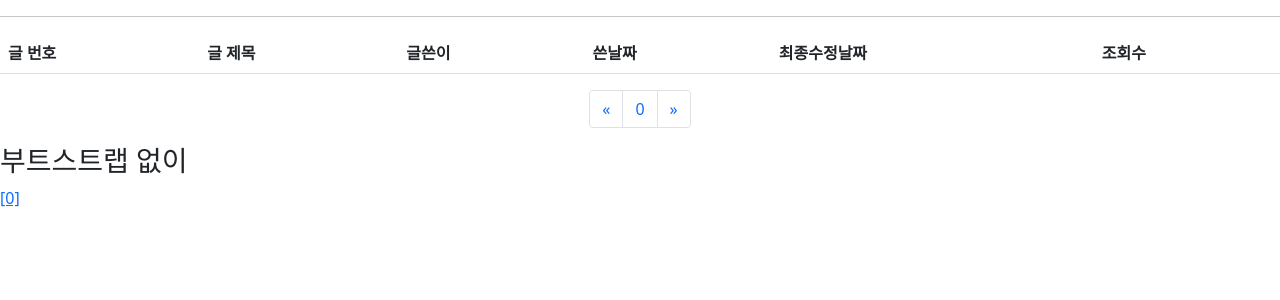
Repository: hayatoKH/java-basic2
Page: http://localhost/MyFirstWeb/boardList
An editor plug-in stored every save of this project. The page is shown before and after the next save, followed by the edit.
The browser window is 1280 px wide. The pictures show the whole page.
The page is served by Tomcat 9. Other server files are loaded and not shown. Queries for data that is not in the repository find no rows.

Above is the page before, as saved 2022-03-22 01:25:52.

### MyFirstWeb/src/main/webapp/board/boardlist.jsp
<%@ page language="java" contentType="text/html; charset=UTF-8"
    pageEncoding="UTF-8"%>
<%@ taglib uri="http://java.sun.com/jsp/jstl/core" prefix="c" %>


<!DOCTYPE html>
<html>
<head>
<link href="https://cdn.jsdelivr.net/npm/bootstrap@5.1.3/dist/css/bootstrap.min.css" rel="stylesheet" integrity="sha384-1BmE4kWBq78iYhFldvKuhfTAU6auU8tT94WrHftjDbrCEXSU1oBoqyl2QvZ6jIW3" crossorigin="anonymous">
<meta charset="UTF-8">
<title>Insert title here</title>
</head>
<body>
	<hr>
	<!-- 출력방법 : 인덱싱이나 c:forEach를 이용해서 하나하나 꺼내준 다음
	.변수명을 적으면 출력됩니다. -->
	<table class="table table-hover">
		<tr>
			<th>글 번호</th>
			<th>글 제목</th>
			<th>글쓴이</th>
			<th>쓴날짜</th>
			<th>최종수정날짜</th>
			<th>조회수</th>
		</tr>
		<c:forEach var="board" items="${boardList }">
			<tr>
				<td>${board.board_num}</td>
				<td><a href="http://localhost:8181/MyFirstWeb/boardDetail.do?board_num=${board.board_num }">${board.title}</a></td>
				<td>${board.writer}</td>
				<td>${board.bDate}</td>
				<td>${board.mDate}</td>
				<td>${board.hit}</td>
			</tr>
		</c:forEach>
	</table>

	<c:if test="${not empty sId}">
	<a href="http://localhost:8181/MyFirstWeb/insertForm.do"><button>글쓰기</button></a>
	</c:if>
	<c:if test="${sId ne null}">
	<a href="http://localhost:8181/MyFirstWeb/insertForm.do"><button>글쓰기</button></a>
	</c:if>

		${dto }
		<!-- document의 pagination 파트를 보고 1부터 10까지 나열해보세요. -->
	<nav aria-label="Page navigation example">
	  <ul class="pagination justify-content-center">
	  <c:if test="${dto.startPage ne 1}">
	    <li class="page-item"><a class="page-link" href="#" aria-label="Previous"><span aria-hidden="true">&laquo;</span></a></li>
	  </c:if>
		    <c:forEach var="pageIndex" begin="${dto.startPage }" end="${dto.endPage }">
		 	   <li class="page-item"><a class="page-link" href="http://localhost:8181/MyFirstWeb/boardList.do?pageNum=${pageIndex }">${pageIndex }</a></li>
			</c:forEach>
	    <li class="page-item"><a class="page-link" href="#" aria-label="Next"><span aria-hidden="true">&raquo;</span></a></li>
	  </ul>
	</nav>

	<h3>부트스트랩 없이</h3>
	<c:forEach var="pageIndex" begin="${dto.startPage }" end="${dto.endPage }">
		 	  <a href="http://localhost:8181/MyFirstWeb/boardList.do?pageNum=${pageIndex }">[${pageIndex }]</a>
	</c:forEach>

</body>
</html>

### MyFirstWeb/src/main/java/kr/co/ict/servlet/BoardListServlet.java
package kr.co.ict.servlet;

import java.io.IOException;
import java.util.List;

import javax.servlet.RequestDispatcher;
import javax.servlet.ServletException;
import javax.servlet.annotation.WebServlet;
import javax.servlet.http.HttpServlet;
import javax.servlet.http.HttpServletRequest;
import javax.servlet.http.HttpServletResponse;

import kr.co.ict.boardDAO;
import kr.co.ict.boardVO;

/**
 * Servlet implementation class BoardListServlet
 */
@WebServlet("/boardList")
public class BoardListServlet extends HttpServlet {
	private static final long serialVersionUID = 1L;

    /**
     * @see HttpServlet#HttpServlet()
     */
    public BoardListServlet() {
        super();
        // TODO Auto-generated constructor stub
    }

	/**
	 * @see HttpServlet#doGet(HttpServletRequest request, HttpServletResponse response)
	 */
	protected void doGet(HttpServletRequest request, HttpServletResponse response) throws ServletException, IOException {
		String strpNum = request.getParameter("pageNum");
		int pNum = 0;
		try {
			pNum = Integer.parseInt(strpNum);
		} catch(Exception e) {
			pNum =1;
		}


		// 1. 접속시 boardDAO생성
		boardDAO dao = boardDAO.getInstance();
		// 2. boardDAO의 getAllBoardList() 호출해 전체 게시물 목록 받아오기
		List<boardVO> boardList = dao.getAllBoardList(pNum);
		// 3. request.setAttribute로 바인딩하기
		request.setAttribute("boardList", boardList);
		// 4. /board/boardlist.jsp로 포워딩하기
		RequestDispatcher dp = request.getRequestDispatcher("/board/boardlist.jsp");
		dp.forward(request, response);
	}

	/**
	 * @see HttpServlet#doPost(HttpServletRequest request, HttpServletResponse response)
	 */
	protected void doPost(HttpServletRequest request, HttpServletResponse response) throws ServletException, IOException {
		// TODO Auto-generated method stub
		doGet(request, response);
	}

}

### MyFirstWeb/src/main/java/kr/co/ict/boardDAO.java
package kr.co.ict;

import java.sql.Connection;
import java.sql.Date;
import java.sql.PreparedStatement;
import java.sql.ResultSet;
import java.sql.SQLException;
import java.util.ArrayList;
import java.util.List;

import javax.naming.Context;
import javax.naming.InitialContext;
import javax.sql.DataSource;

public class boardDAO {

	// DAO 코드 재활용하기
	// 1.UserDAO에서 주석처리가 안된 부분만
	// getInstance() 메서드까지 가져옴

	// 2. ~~~DAO로 되어있는 부분을 전부 현재 DAO클래스명으로 변경
	// 예) UserDAO -> BoardDAO로 전환중이므로 UserDAO라고 적힌 부분을 전부 BoardDAO로 변경
	private DataSource ds = null;

	private static boardDAO dao = new boardDAO();

	private boardDAO() {
		try {
			Context ct = new InitialContext();
			ds = (DataSource)ct.lookup("java:comp/env/jdbc/mysql");
		} catch (Exception e) {
			e.printStackTrace();
		}
	}

	public static boardDAO getInstance() {
		if(dao == null) {
			dao = new boardDAO();
		}
		return dao;
	}

	// 3. 필요로 하는 로직과 유사한 메서드를 복사해옵니다.
	// 게시판 글 전체 목록가져오기 -> 회원 전체 목록 가져오기를 이용해 수정
	// 회원 전체 목록을 가져오는 getAllUserList를 수정해 getAllBoardList()를 생성해보겠습니다.

	// UserVO는 userInfo테이블에 맞춰서 생성된 것이므로
	// boardTbl에 맞춰서 처리하기 위해 UserVO를 사용하는 부분을 전부 BoardVO로 수정해줍니다.

	// 3-2. 쿼리문을 boardTbl 테이블에서 데이터를 가져오도록 수정합니다.

	// 3-3. while문 내부에서 BoardVO 세팅이 가능하도록 rs에서 데이터를 가져오는 부분을 수정합니다.


	// 페이징 처리를 위해 페이지 번호를 추가로 입력받습니다. (int pageNum)
	public List<boardVO> getAllBoardList(int pageNum){
		// try블럭 진입전 Connection, PreparedStatement, ResultSet을 선언
		Connection con = null;
		PreparedStatement pstmt = null;
		ResultSet rs = null;
		// 페이징 처리시 페이지당 글 갯수
		final int board_Count = 10;
		// try블럭 진입 전에 ArrayList 선언
		List<boardVO> boardList = new ArrayList<>();
		try {
		// Connection, PreparedStatement, ResultSet을 선언합니다.
			con = ds.getConnection();
			int limitNum = (pageNum-1) * board_Count;

		// SELECT * FROM userinfo 실행 및 ResultSet에 저장
		// LIMIT 뒤쪽 숫자가 페이지 당 보여줄 글 개수이므로 DTO의 상수와 함께 고쳐야함.
		 String sql = "SELECT * FROM boardtbl ORDER BY board_num DESC limit ?, ?";
		 pstmt = con.prepareStatement(sql);
		 pstmt.setInt(1, limitNum);
		 pstmt.setInt(2, board_Count);

		 rs = pstmt.executeQuery();

		// boardVO ArrayList에 rs에 든 모든 자료를 저장해주세요.
		 while(rs.next()) {
			 // 7개 컬럼 값을 받아서 변수로 저장받으시고
			 int board_num = rs.getInt("board_num");
			 String title = rs.getString("title");
			 String content = rs.getString("content");
			 String writer = rs.getString("writer");
			 Date bDate = rs.getDate("bdate");
			 Date mDate = rs.getDate("mdate");
			 int hit = rs.getInt("hit");
			 ///int board_num, String title, String content, String writer, Date bDate, Date mDate, int hit
			 // 해당 변수를 이용해 BoardVO를 생성해주시면 됩니다.
			 boardVO boardData = new boardVO(board_num, title, content, writer, bDate, mDate, hit);
			 boardList.add(boardData);
		 }
		} catch(Exception e) {
			e.printStackTrace();
		} finally {
			try {
				con.close();
				pstmt.close();
				rs.close();
			} catch(SQLException es) {
				es.printStackTrace();
			}
		}
		return boardList;
	}

	// insertBoard 내부 쿼리문 실행시 필요한 3개 요소인 글제목, 본문, 글쓴이를 입력해야하만 실행할 수 있게 설계합니다.
	public void insertBoard(String title, String content, String writer) {
		Connection con = null;
		PreparedStatement pstmt = null;

		try {
			con = ds.getConnection();

			// INSERT의 경우 두 가지 유형이 있음
			// 전체 컬럼 요소 다 넣기 - INSERT INTO boardTbl VALUES (null, ?, ?, ?, now(), now(), 0);
			// 일부요소만 넣기 - INSERT INTO boardTbl(title, content, writer) Values (?,?,?);
			String sql = "INSERT INTO boardTbl(title, content, writer) Values (?,?,?)";
			pstmt = con.prepareStatement(sql);
			// 실행 전 상단 쿼리문 ? 채워넣기
			pstmt.setString(1, title);
			pstmt.setString(2, content);
			pstmt.setString(3, writer);

			pstmt.executeUpdate();
		} catch(Exception e) {
			e.printStackTrace();
		} finally {
			try {
				con.close();
				pstmt.close();
			} catch(Exception e) {
				e.printStackTrace();
			}
		}
	}

	public boardVO getBoardDetail(int board_num) {
		// DB연동구문을 작성해보세요.
		// try구문 초입에 ds부분까지만 하셔도 되는데 만약 다 작성 가능하다면 다 작성해보세요.
		Connection con = null;
		PreparedStatement pstmt = null;
		ResultSet rs = null;
		boardVO board = null;
		upHit(board_num); // 조회수 올리는 로직을 실행한 다음 글정보 불러오게 처리

		try {
			con = ds.getConnection();

			String sql = "SELECT * FROM boardTbl WHERE board_num = ?";
			pstmt = con.prepareStatement(sql);
			pstmt.setInt(1, board_num);

			rs = pstmt.executeQuery();

			if(rs.next()){
				int boardNum = rs.getInt("board_num");
				String title = rs.getString("title");
				String content = rs.getString("content");
				String writer = rs.getString("writer");
				Date bDate = rs.getDate("bdate");
				Date mDate = rs.getDate("mdate");
				int hit = rs.getInt("hit");

				board = new boardVO(boardNum, title, content, writer, bDate, mDate, hit);

			}
			} catch(Exception e) {
				e.printStackTrace();
			} finally {
				try {
					con.close();
					pstmt.close();
					rs.close();
				} catch(Exception e) {
					e.printStackTrace();
				}
			}
			return board;
	}

	// 조회수올리기 없는 디테일
	public boardVO getBoardDetail2(int board_num) {
		// DB연동구문을 작성해보세요.
		// try구문 초입에 ds부분까지만 하셔도 되는데 만약 다 작성 가능하다면 다 작성해보세요.
		Connection con = null;
		PreparedStatement pstmt = null;
		ResultSet rs = null;
		boardVO board = null;

		try {
			con = ds.getConnection();

			String sql = "SELECT * FROM boardTbl WHERE board_num = ?";
			pstmt = con.prepareStatement(sql);
			pstmt.setInt(1, board_num);

			rs = pstmt.executeQuery();

			if(rs.next()){
				int boardNum = rs.getInt("board_num");
				String title = rs.getString("title");
				String content = rs.getString("content");
				String writer = rs.getString("writer");
				Date bDate = rs.getDate("bdate");
				Date mDate = rs.getDate("mdate");
				int hit = rs.getInt("hit");

				board = new boardVO(boardNum, title, content, writer, bDate, mDate, hit);

			}
			} catch(Exception e) {
				e.printStackTrace();
			} finally {
				try {
					con.close();
					pstmt.close();
					rs.close();
				} catch(Exception e) {
					e.printStackTrace();
				}
			}
			return board;
	}
	// deleteBoard 메서드를 만들어서 삭제처리가 되게 만들어주시고
	// 서블릿에서 해당 메서드를 호출해 실제로 삭제버튼을 누르면 DB에서 해당번호글이 삭제되게 해주세요.
	public void deleteBoard(int boardNum) {
		Connection con = null;
		PreparedStatement pstmt = null;

		try {
			con = ds.getConnection();

			String sql = "DELETE FROM boardTbl WHERE board_num = ?";
			pstmt = con.prepareStatement(sql);

			pstmt.setInt(1, boardNum);

			pstmt.executeUpdate();
		} catch(Exception e) {
			e.printStackTrace();
		} finally {
			try {
				con.close();
				pstmt.close();
			} catch(Exception e) {
				e.printStackTrace();
			}
		}
	}

	public void updateBoard(String title, String content, int boardNum) {
		Connection con = null;
		PreparedStatement pstmt = null;

		try {
			con = ds.getConnection();

			String sql = "UPDATE boardTbl SET title=?, content=?, mdate=now() WHERE board_num=?";
			pstmt = con.prepareStatement(sql);

			pstmt.setString(1, title);
			pstmt.setString(2, content);
			pstmt.setInt(3, boardNum);

			pstmt.executeUpdate();
		} catch(Exception e) {
			e.printStackTrace();
		} finally {
			try {
				con.close();
				pstmt.close();
			} catch(Exception e) {
				e.printStackTrace();
			}
		}
	}

	// 서비스가 아닌 getBoardDetail 실행시 자동으로 같이 실행되도록 처리하겠습니다.
	// 글 제목을 클릭할때마다 조회수를 상승시키는 메서드
	private void upHit(int bId) {
		// update문에 맞는 접속로직을 작성해주세요.(try~catch, connection, psmt 생성 등까지만 해주세요.)
		Connection con = null;
		PreparedStatement pstmt = null;

		try {
			con = ds.getConnection();

			String sql = "UPDATE boardTbl SET hit = (hit + 1) WHERE board_num = ?";
			pstmt = con.prepareStatement(sql);

			pstmt.setInt(1, bId);

			pstmt.executeUpdate();
		} catch(Exception e) {
			e.printStackTrace();
		} finally {
			try {
				con.close();
				pstmt.close();
			} catch(Exception e) {
				e.printStackTrace();
			}
		}
	}


	// 페이징 처리를 위해 글 전체 개수를 구해오겠습니다.
	// 하단의 public int getPageNum() 을 작성해주세요.
	// 쿼리문은 SELECT COUNT(*) FROM boardTbl;
	public int getPageNum() {
		Connection con = null;
		PreparedStatement pstmt = null;
		ResultSet rs = null;
		int pageNum = 0;

		try {
			con = ds.getConnection();

			String sql = "SELECT COUNT(*) FROM boardTbl";
			pstmt = con.prepareStatement(sql);

			rs = pstmt.executeQuery();

			if(rs.next()){
				pageNum = rs.getInt(1);
				}
			} catch(Exception e) {
				e.printStackTrace();
			} finally {
				try {
					con.close();
					pstmt.close();
					rs.close();
				} catch(Exception e) {
					e.printStackTrace();
				}
			}
			return pageNum;
		}
}

After the next save:
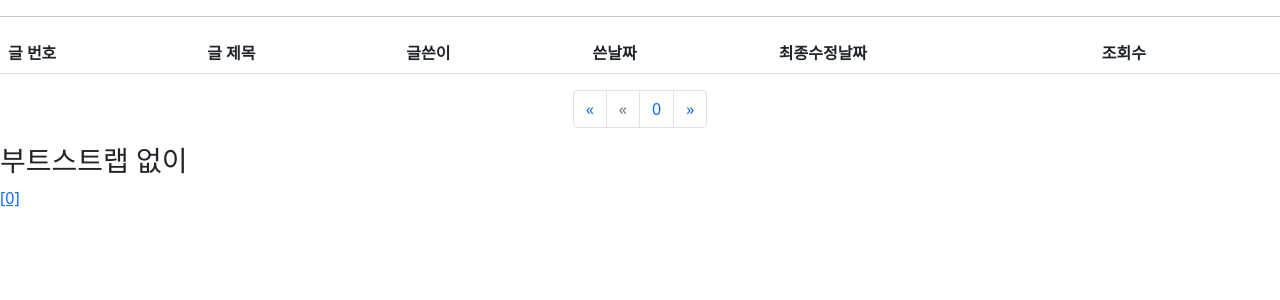
Saved 2 min 50 s later.
--- a/MyFirstWeb/src/main/webapp/board/boardlist.jsp
+++ b/MyFirstWeb/src/main/webapp/board/boardlist.jsp
@@ -49,6 +49,9 @@
 	  <c:if test="${dto.startPage ne 1}">
 	    <li class="page-item"><a class="page-link" href="#" aria-label="Previous"><span aria-hidden="true">&laquo;</span></a></li>
 	  </c:if>
+	  <c:if test="${dto.startPage ne 1}">
+	    <li class="page-item disabled"><a class="page-link" href="#" aria-label="Previous"><span aria-hidden="true">&laquo;</span></a></li>
+	  </c:if>
 		    <c:forEach var="pageIndex" begin="${dto.startPage }" end="${dto.endPage }">
 		 	   <li class="page-item"><a class="page-link" href="http://localhost:8181/MyFirstWeb/boardList.do?pageNum=${pageIndex }">${pageIndex }</a></li>
 			</c:forEach>

After the save that followed:
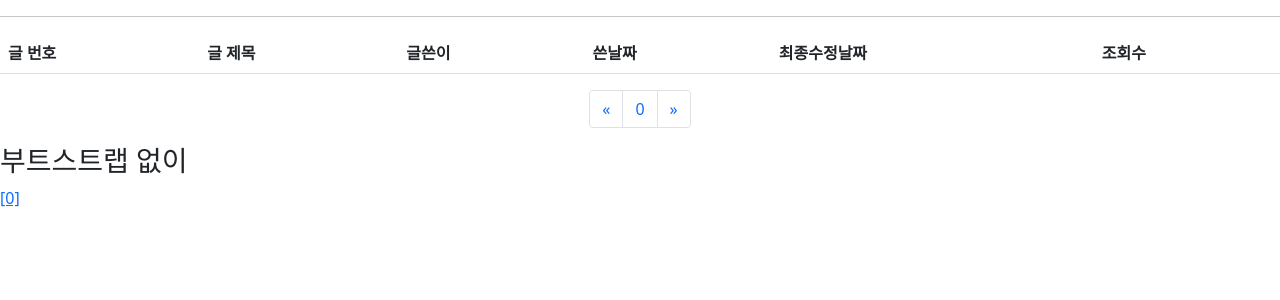
Saved 6 min 15 s later.
--- a/MyFirstWeb/src/main/webapp/board/boardlist.jsp
+++ b/MyFirstWeb/src/main/webapp/board/boardlist.jsp
@@ -47,10 +47,7 @@
 	<nav aria-label="Page navigation example">
 	  <ul class="pagination justify-content-center">
 	  <c:if test="${dto.startPage ne 1}">
-	    <li class="page-item"><a class="page-link" href="#" aria-label="Previous"><span aria-hidden="true">&laquo;</span></a></li>
-	  </c:if>
-	  <c:if test="${dto.startPage ne 1}">
-	    <li class="page-item disabled"><a class="page-link" href="#" aria-label="Previous"><span aria-hidden="true">&laquo;</span></a></li>
+	    <li class="page-item" ${dto.starpPage eq 1 ? 'disabled' : '' }><a class="page-link" href="#" aria-label="Previous"><span aria-hidden="true">&laquo;</span></a></li>
 	  </c:if>
 		    <c:forEach var="pageIndex" begin="${dto.startPage }" end="${dto.endPage }">
 		 	   <li class="page-item"><a class="page-link" href="http://localhost:8181/MyFirstWeb/boardList.do?pageNum=${pageIndex }">${pageIndex }</a></li>
